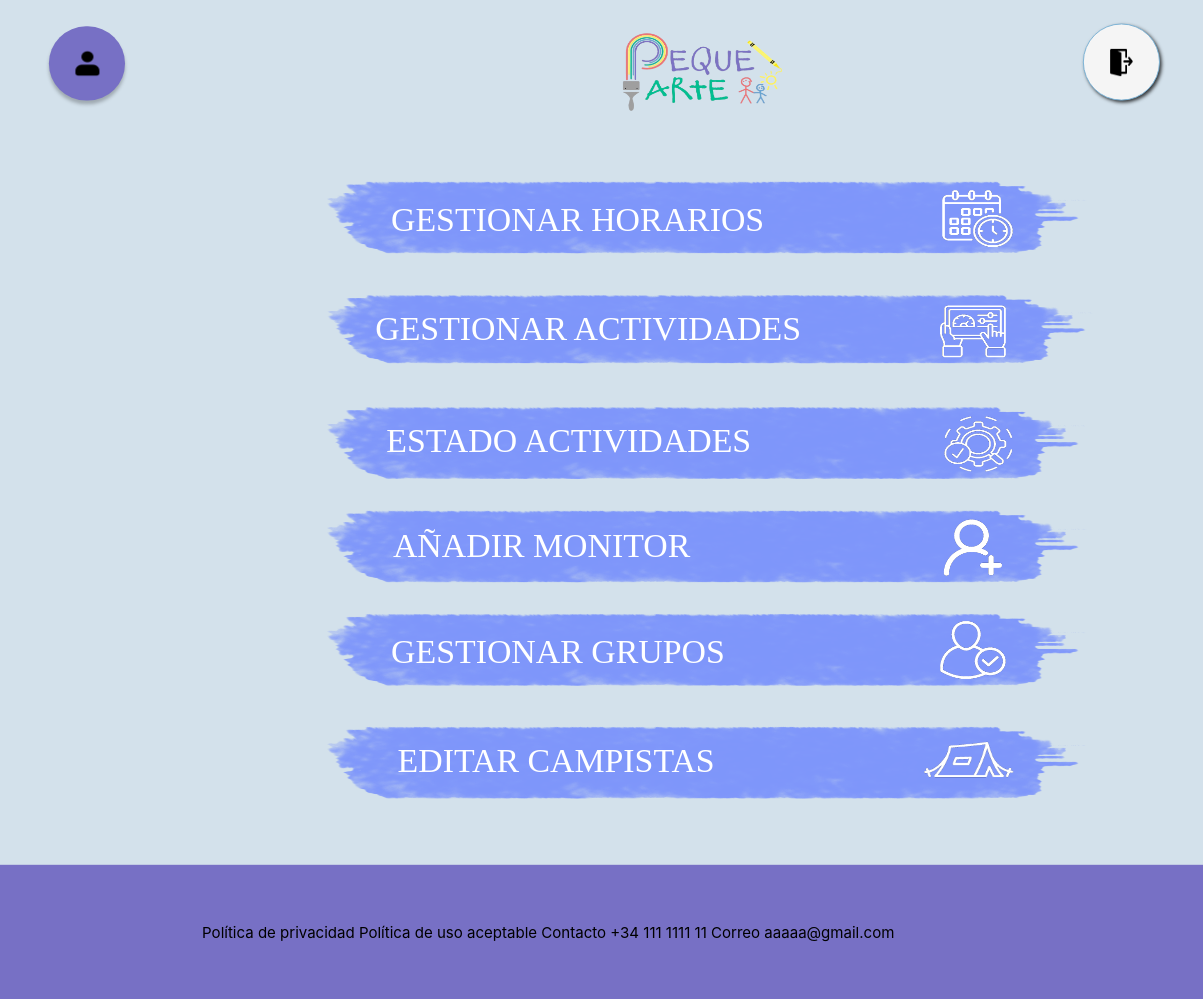
Repository: maariadomiingo/Proyecto-Integrador-Campamento
Page: html/interfaz_coordinador.html
The author's editor kept a copy of each file at every save. The page is drawn from the files as they stood at one save, then again after the next save.
The browser window is 1280 px wide. The pictures show the whole page, at 94% of full size.

Above is the page before, as saved 2025-02-05 12:29:49.

### html/interfaz_coordinador.html
<!DOCTYPE html>
<html lang="es">
  <head>
    <meta charset="UTF-8" />
    <meta name="viewport" content="width=device-width, initial-scale=1.0" />
    <title>Documento</title>
    <link rel="stylesheet" href="../css/interfaz_coordinador.css" />
  </head>
  <body>
    <div class="contenedor">
      <div class="fondo"></div>
      <div class="circulo"></div>
      <img class="icono-usuario" src="../img/user.png" />
      <div class="circulo-salir"></div>
      <img class="icono-salir" src="../img/cerrar-sesion.png" />
      <div class="pie-de-pagina"></div>
      <div class="texto-pie-de-pagina">
        Política de privacidad Política de uso aceptable Contacto +34 111 1111
        11 Correo aaaaa@gmail.com
      </div>
      <div class="div-vacio"></div>
      <img class="trazo-pincel-1" src="../img/trazo-pincel.png" />
      <img class="trazo-pincel-2" src="../img/trazo-pincel.png" />
      <img class="trazo-pincel-3" src="../img/trazo-pincel.png" />
      <div class="agregar-monitor">
        <div class="texto-agregar-monitor">AÑADIR MONITOR</div>
      </div>
      <img class="icono-añadirMonitor" src="../img/anadir.png" />

      <img class="icono-estado-actividades" src="../img/actividades.png" />
      <img class="trazo-pincel-4" src="../img/trazo-pincel.png" />
      <div class="estado-actividades">
        <div class="texto-estado-actividades">ESTADO ACTIVIDADES</div>

      </div>


      <div class="gestionar-actividades">
<!--         trazo de gestionar actividades-->
         <img class="trazo-pincel-5" src="../img/trazo-pincel.png" />
        <div class="texto-gestionar-actividades">GESTIONAR ACTIVIDADES</div>
       </div>
       <img class="icono-actividades" src="../img/administrar.png" />

      <img id="pincel" src="../img/pincel.png" />


<!--       GESTIONAR HORARIOS-->
       <img class="trazo-pincel-6" src="../img/trazo-pincel.png" class="imagen-horarios" />
      <div class="gestionar-horarios">
        <div class="texto-gestionar-horarios">GESTIONAR HORARIOS</div>
      </div>
      <img class="icono-horario" src="../img/calendario.png" />

      <img class="logo" src="../img/logo sin fondo.png" />
      <img class="icono-campistas" src="../img/campistas.png" />

      <div class="editar-campistas">EDITAR CAMPISTAS</div>

      <div class="gestionar-grupos">GESTIONAR GRUPOS</div>
      <img class="icon-gestionarGrupos" src="../img/pasarlista.png" />
      </div>
    </div>
    <script src="../js/interfaz_coordinador.js"></script>
  </body>
</html>

### css/interfaz_coordinador.css
body {
  margin: 0;
  padding: 0;
  font-family: Arial, sans-serif;
  background: #D3E1EB;
  width: 100%; /* Ocupa el 100% del ancho de la pantalla */
  overflow-x: hidden; /* Evita el desplazamiento horizontal */
}

.circulo {
  width: 81px;
  height: 79px;
  left: 52px;
  top: 28px;
  position: absolute;
  background: #7770C5;
  box-shadow: 0px 4px 4px rgba(0, 0, 0, 0.25);
  border-radius: 9999px;
}

.icono-usuario {
  width: 34px;
  height: 31px;
  left: 76px;
  top: 52px;
  position: absolute;
}

.circulo-salir {
  width: 80px;
  height: 80px;
  left: 90%;
  top: 25px;
  position: absolute;
  background: #F5F5F5;
  box-shadow: 2px 2px 4px rgba(0, 0, 0, 0.75);
  border-radius: 9999px;
  border: 1px #7AB3D7 solid;
}

.icono-salir {
  left: 92.3%;
  top: 52px;
  width: 24px;
  height: 29px;
  position: absolute;
}

.pie-de-pagina {
  width: 100%; /* Ajusta el ancho al 100% del viewport */
  height: 143px;
  left: 0px;
  top: 920px;
  position: absolute;
  background: #7770C5;
}

.texto-pie-de-pagina {
  width: 1009px;
  left: 215px;
  top: 982px;
  position: absolute;
  color: black;
  font-size: 16px;
  font-family: Inter;
  font-weight: 400;
  word-wrap: break-word;
}

.div-vacio {
  width: 407px;
  height: 125px;
  left: 187px;
  top: 300px;
  position: absolute;
}

.trazo-pincel-1,
.trazo-pincel-2,
.trazo-pincel-3,
.trazo-pincel-4,
.trazo-pincel-5,
.trazo-pincel-6 {
  width: 940px;
  height: 400px;
  left: 288px;
  position: absolute;
}

.trazo-pincel-1 { top: 630px; }
.trazo-pincel-2 { top: 510px; }
.trazo-pincel-3 { top: 400px; }
.trazo-pincel-4 { top: 290px; }
.trazo-pincel-5 { top: 510px; }
.trazo-pincel-6 { top: 50px; }

.agregar-monitor {
  width: 955px;
  height: 110px;
  left: 281px;
  top: 516px;
  position: absolute;
}

.agregar-monitor img {
  width: 955px;
  height: 114px;
  left: 0px;
  top: 0px;
  position: absolute;
}

.texto-agregar-monitor {
  width: 455px;
  height: 17.65px;
  left: 137px;
  top: 44px;
  position: absolute;
  color: white;
  font-size: 36px;
  font-family: Montserrat;
  font-weight: 500;
  word-wrap: break-word;
}

.estado-actividades {
  width: 955px;
  height: 114px;
  left: 284px;
  top: 402px;
  position: absolute;
}

.estado-actividades img {
  width: 955px;
  height: 114px;
  left: 0px;
  top: 0px;
  position: absolute;
}

.texto-estado-actividades {
  width: 533px;
  height: 18.30px;
  left: 127px;
  top: 46.41px;
  position: absolute;
  color: white;
  font-size: 36px;
  font-family: Montserrat;
  font-weight: 500;
  word-wrap: break-word;
}

.gestionar-actividades {
  width: 948px;
  height: 134px;
  left: 288px;
  top: 268px;
  position: relative;
}

.gestionar-actividades img {
  width: 948px;
  height: 380px;
  left: 0px;
  top: -90px;
  position: absolute;
}

.texto-gestionar-actividades {
  width: 566.81px;
  height: 21.51px;
  left: 111.19px;
  top: 61.17px;
  position: absolute;
  color: white;
  font-size: 36px;
  font-family: Montserrat;
  font-weight: 500;
  word-wrap: break-word;
}


#pincel {
  position: absolute;
  width: 170px;
  height: 150px;
  display: none;
  transition: top 0.1s ease-out, left 0.1s ease-out;
}

.div-vacio-2 {
  width: 651px;
  height: 863px;
  left: 670px;
  top: 463px;
  position: absolute;
}

.gestionar-horarios {
  width: 962px;
  height: 128px;
  left: 288px;
  top: 152px;
  position: absolute;
}

.gestionar-horarios img {
  width: 962px;
  height: 128px;
  left: 0px;
  top: 0px;
  position: absolute;
}

.imagen-horarios {
  width: 26px;
  height: 256px;
  left: 674.91px;
  top: 44.25px;
  position: absolute;
}

.texto-gestionar-horarios {
  width: 584.25px;
  height: 20.54px;
  left: 127.93px;
  top: 60.84px;
  position: absolute;
  color: white;
  font-size: 36px;
  font-family: Montserrat;
  font-weight: 500;
  word-wrap: break-word;
}

.icono-horario {
  width: 80px;
  height: 65px;
  left: 1000px;
  top: 200px;
  position: absolute;
}

.icono-actividades {
  width: 80px;
  height: 65px;
  left: 1000px;
  top: 440px;
  position: absolute;
}

.icono-gestionar {
  width: 80px;
  height: 65px;
  left: 1000px;
  top: 200px;
  position: absolute;
}

.icono-estado-actividades {
  width: 70px;
  height: 55px;
  left: 1000px;
  top: 325px;
  position: absolute;
  z-index: 1;
}

.icono-añadirMonitor {
  width: 70px;
  height: 65px;
  left: 1000px;
  top: 550px;
  position: absolute;
}

.icon-gestionarGrupos {
  width: 70px;
  height: 63px;
  left: 1000px;
  top: 660px;
  position: absolute;
}

.logo {
  width: 194px;
  height: 103px;
  left: 647px;
  top: 25px;
  position: absolute;
}

.icono-campistas {
  width: 95px;
  height: 80px;
  left: 983px;
  top: 768px;
  position: absolute;
}

.div-vacio-3 {
  width: 100px;
  height: 100px;
  left: 646px;
  top: 210px;
  position: absolute;
}

.editar-campistas {
  width: 455px;
  height: 60px;
  left: 423px;
  top: 788px;
  position: absolute;
  color: white;
  font-size: 36px;
  font-family: Montserrat;
  font-weight: 500;
  word-wrap: break-word;
}

.gestionar-grupos {
  width: 455px;
  height: 17.65px;
  left: 416px;
  top: 672px;
  position: absolute;
  color: white;
  font-size: 36px;
  font-family: Montserrat;
  font-weight: 500;
  word-wrap: break-word;
}

.rectangulo-pequeno {
  width: 69px;
  height: 70px;
  padding-left: 5.75px;
  padding-right: 5.75px;
  padding-top: 17.50px;
  padding-bottom: 17.50px;
  left: 966px;
  top: 655px;
  position: absolute;
  flex-direction: column;
  justify-content: center;
  align-items: center;
  display: inline-flex;
}

.rectangulo-interno {
  width: 57.50px;
  height: 35px;
  background: white;
}

.imagen-pequena-1 {
  width: 77px;
  height: 78px;
}

.imagen-pequena-2 {
  width: 77px;
  height: 73px;
}

.imagen-pequena-3 {
  width: 46px;
  height: 49px;
}

### js/interfaz_coordinador.js
// Selecciona la imagen del pincel
const pincel = document.getElementById("pincel");

// Selecciona todos los trazos de pincel
const trazosPincel = document.querySelectorAll(".trazo-pincel-1, .trazo-pincel-2, .trazo-pincel-3, .trazo-pincel-4, .trazo-pincel-5, .trazo-pincel-6");

// Mantén el tamaño original del pincel
pincel.style.width = "80px"; // Ajusta según el tamaño original en CSS
pincel.style.height = "auto"; // Mantiene la proporción

// Función para mover el pincel al centro del trazo
function moverPincel(event) {
  const rect = event.target.getBoundingClientRect();

  // Alinear pincel al centro del trazo
  pincel.style.top = `${rect.top + rect.height / 2 - pincel.offsetHeight / 2}px`;
  pincel.style.left = `${rect.left + rect.width - 60}px`; // Ajuste para que quede cerca de la imagen
  pincel.style.display = "block";
}

// Función para ocultar el pincel
function ocultarPincel() {
  pincel.style.display = "none";
}

// Añade eventos a los trazos de pincel
trazosPincel.forEach((trazo) => {
  trazo.addEventListener("mouseenter", moverPincel);
  trazo.addEventListener("mouseleave", ocultarPincel);
});

After the next save:
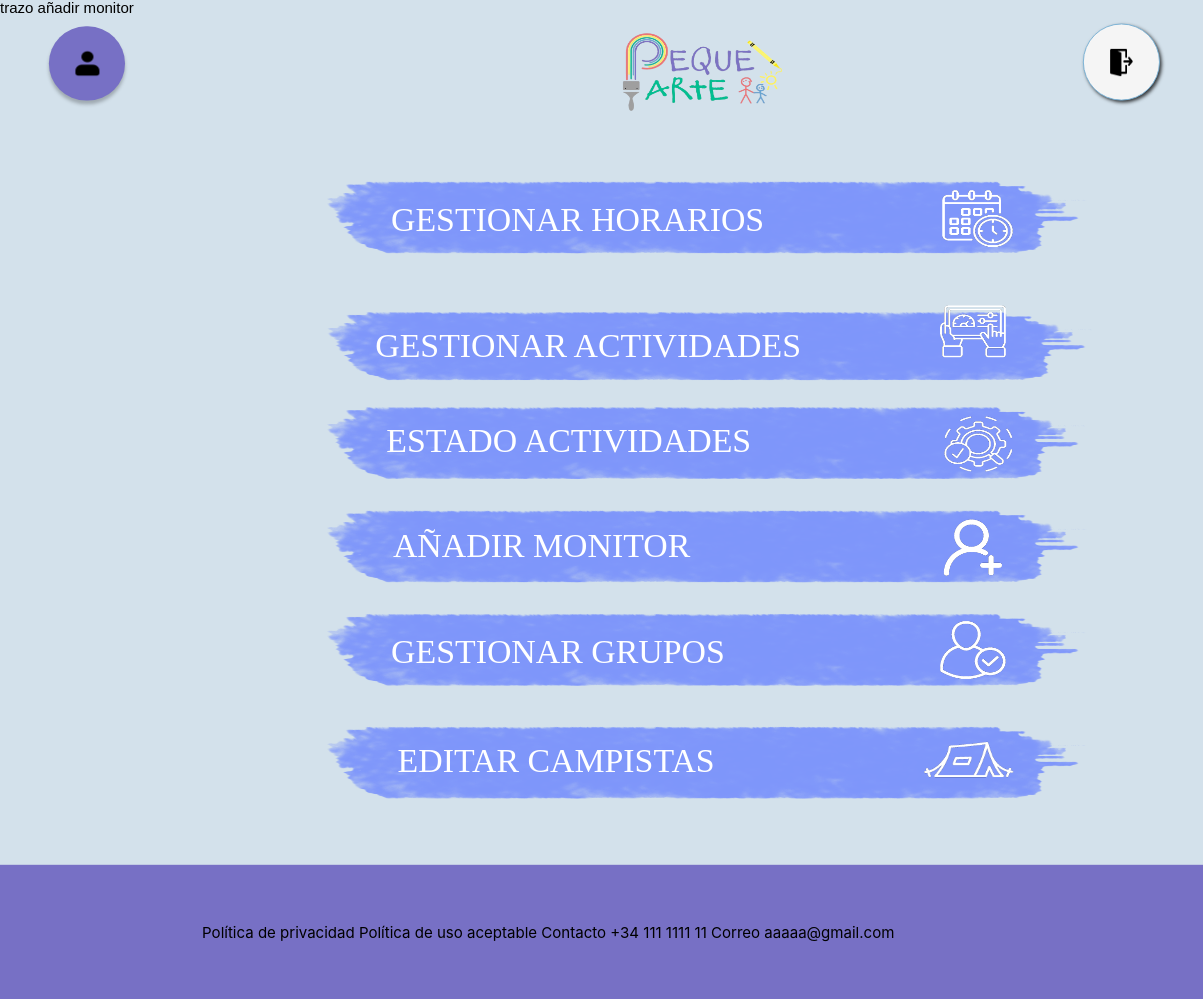
Saved 4 s later.
--- a/html/interfaz_coordinador.html
+++ b/html/interfaz_coordinador.html
@@ -21,6 +21,7 @@
       <div class="div-vacio"></div>
       <img class="trazo-pincel-1" src="../img/trazo-pincel.png" />
       <img class="trazo-pincel-2" src="../img/trazo-pincel.png" />
+      trazo añadir monitor
       <img class="trazo-pincel-3" src="../img/trazo-pincel.png" />
       <div class="agregar-monitor">
         <div class="texto-agregar-monitor">AÑADIR MONITOR</div>

After the save that followed:
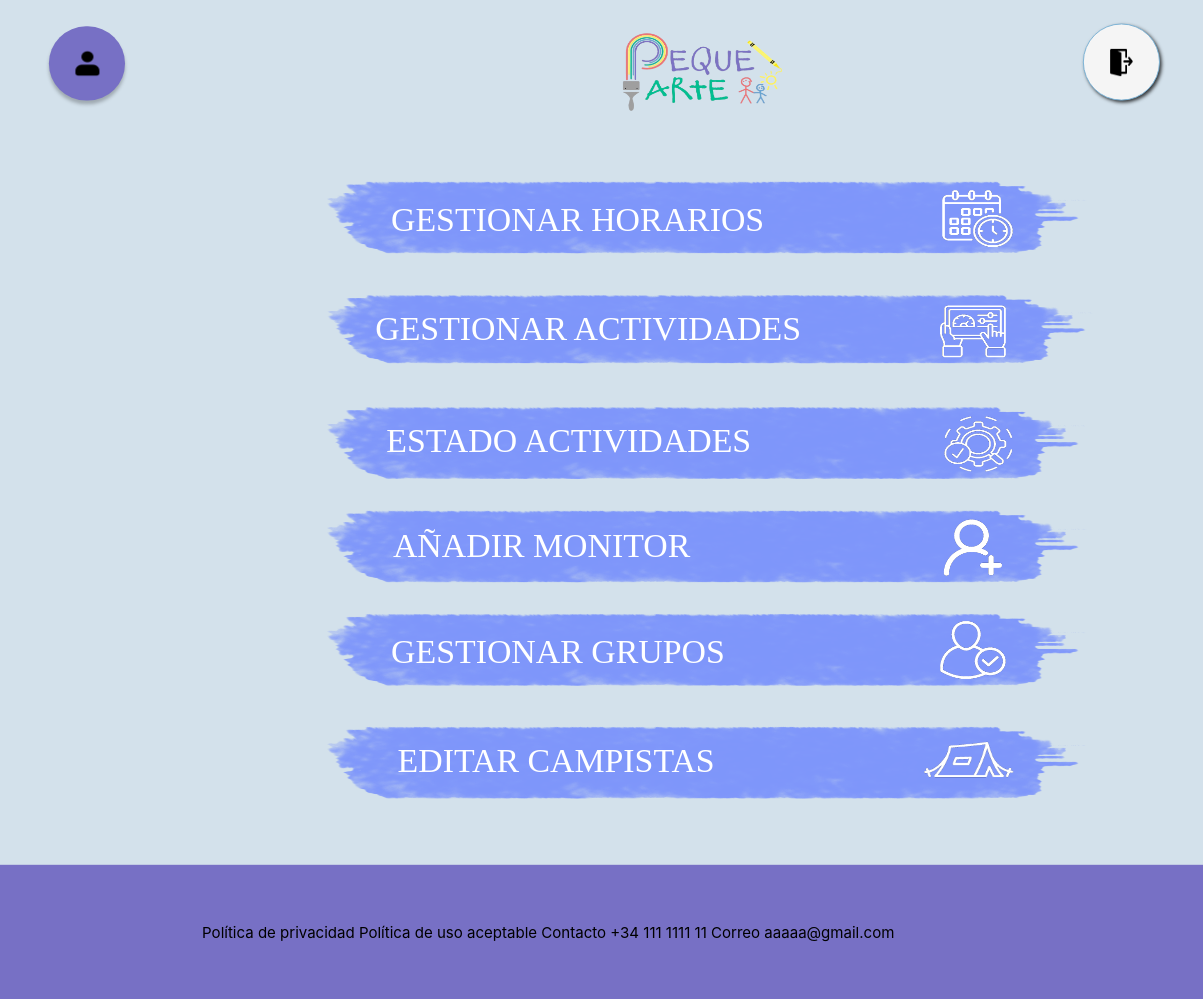
Saved 4 s later.
--- a/html/interfaz_coordinador.html
+++ b/html/interfaz_coordinador.html
@@ -21,8 +21,8 @@
       <div class="div-vacio"></div>
       <img class="trazo-pincel-1" src="../img/trazo-pincel.png" />
       <img class="trazo-pincel-2" src="../img/trazo-pincel.png" />
-      trazo añadir monitor
-      <img class="trazo-pincel-3" src="../img/trazo-pincel.png" />
+<!--       trazo añadir monitor
+ -->      <img class="trazo-pincel-3" src="../img/trazo-pincel.png" />
       <div class="agregar-monitor">
         <div class="texto-agregar-monitor">AÑADIR MONITOR</div>
       </div>
